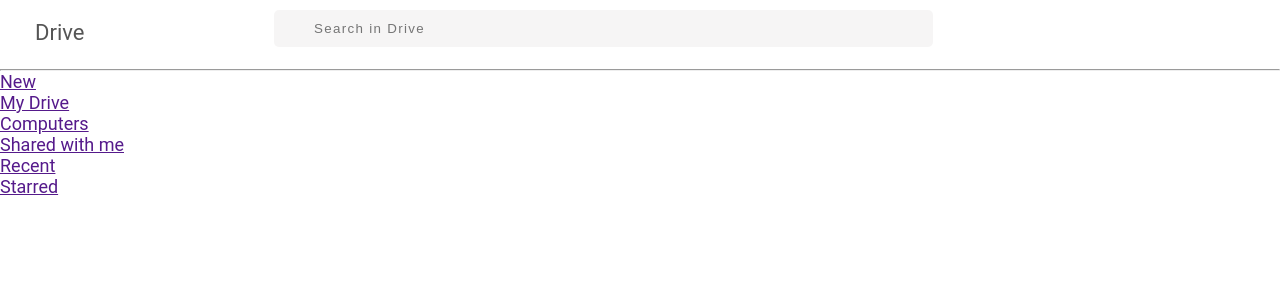
Repository: smit1298/driveclone
Page: index.html
An editor plug-in stored every save of this project. The page is shown before and after a run of saves, followed by the edit.
The browser window is 1280 px wide. The pictures show the whole page.
Some icons come from a web library that is not loaded, so they are not drawn.

Above is the page before, as saved 2022-02-14 02:26:37.

### index.html
<!DOCTYPE html>
<html lang="en">

<head>
    <meta charset="UTF-8">
    <meta http-equiv="X-UA-Compatible" content="IE=edge">
    <meta name="viewport" content="width=device-width, initial-scale=1.0">
    <link rel="stylesheet" href="index.css">
    <title>Google Drive</title>
</head>

<body>
    <section class="main">
        <section class="top">
            <section class="logo">
                <span class="iconify" data-icon="logos:google-drive"></span>
                <a href="http://">Drive</a>
            </section>


            <section id="search">
                <input type="text" placeholder="Search in Drive">
                <span class="iconify search" data-icon="ci:search"></span>
                <span class="iconify horizontal" data-icon="akar-icons:settings-horizontal"></span>
            </section>

            <section class="icons">
                <span class="one">
                    <span class="iconify" data-icon="ant-design:question-circle-outlined"></span>
                    <span class="iconify" data-icon="clarity:settings-line"></span>
                </span>

                <span class="two">
                    <span class="iconify" data-icon="fe:app-menu"></span>
                    <span class="iconify" data-icon="carbon:user-avatar-filled"></span>
                </span>
            </section>


        </section>

    </section>
    <hr>
    <aside>
        <section class="new">
            <p><a href=""><span class="iconify" data-icon="gridicons:plus-small"></span>
                    New
                </a></p>
        </section>
        <section class="details">
            <span class="drive">
                <span class="iconify" data-icon="bx:caret-right"></span>
                <span class="iconify" data-icon="fa6-regular:hard-drive"></span>
                <p><a href="">My Drive</a></p>
            </span>
            <section class="computers">
                <span class="iconify" data-icon="bx:caret-right"></span><span class="iconify"
                    data-icon="clarity:computer-solid"></span>
                <p><a href="">
                        Computers
                    </a></p>
            </section>
            <section class="shared">
                <span class="iconify" data-icon="ic:outline-people-alt"></span>
                <p><a href="">Shared with me</a></p>
            </section>
            <section class="recent">
                <span class="iconify" data-icon="fontisto:clock"></span> <p><a href="">Recent</a></p>
            </section>
            <section class="starred">
                <span class="iconify" data-icon="bi:star"></span>
                <p><a href="">Starred</a></p>
            </section>
            <section class="bin">

            </section>
        </section>
    </aside>

</body>
<script src="https://code.iconify.design/2/2.1.2/iconify.min.js"></script>

</html>

### index.css
* {
  margin: 0;
  padding: 0;
}

body {
  font-size: 1.125rem;
  font-family: "Roboto", sans-serif;
  color: rgb(85, 85, 85);
  /* border-bottom: 1px solid rgb(85, 85, 85); */
}
.main {
  padding: 10px 30px;
}
.top {
  display: grid;
  grid-template-columns: 20% 60% 20%;
  padding-bottom: 10px;
}
/* .top:horizontal{
  font-weight: 900;
} */
.logo {
  font-size: 22px;
  position: relative;
}
.logo .iconify {
  font-size: 40px;
}
.logo > a {
  color: rgb(85, 85, 85);
  text-decoration: none;
  position: absolute;
  top: 10px;
  padding-left: 5px;
}
#search {
  position: relative;
  width: 100%;
}
#search > input {
  background-color: rgba(209, 202, 202, 0.192);
  border-radius: 5px;
  width: 90%;
  height: 95%;
  border-style: none;
}
#search > input::placeholder {
  padding-left: 40px;
  letter-spacing: 0.1em;
}
.search {
  position: absolute;
  left: 10px;
  top: 10px;
  font-size: 25px;
  font-weight: 700;
}
.horizontal {
  position: absolute;
  right: 90px;
  top: 10px;
  font-size: 25px;
  font-weight: 700;
}

.icons {
  font-size: 25px;
  padding-top: 10px;
  margin-left: 10px;
}

.one {
  padding-left: 20px;
  padding-right: 10px;
}

.one > .iconify {
  padding-left: 10px;
  padding-right: 10px;
}

.two {
  padding-left: 10px;
  padding-right: 10px;
}

.two > .iconify {
  padding-left: 10px;
  padding-right: 10px;
}

After the next 4 saves:
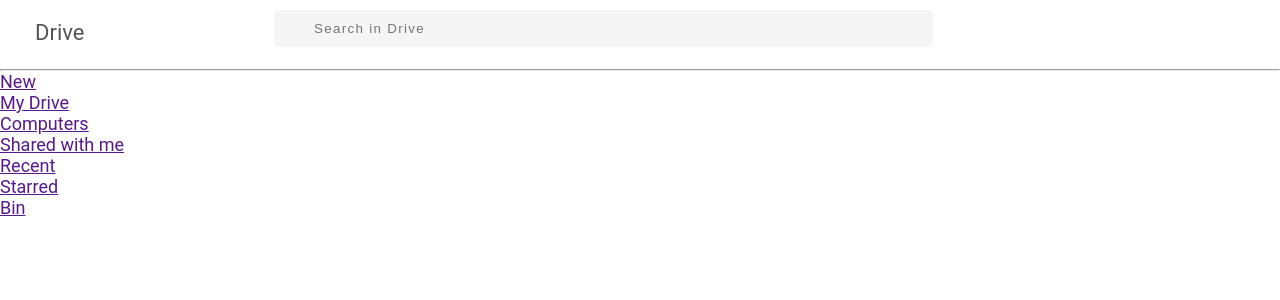
The 4 saves are shown as one change because they came seconds apart.
The last was saved 51 s later.
--- a/index.html
+++ b/index.html
@@ -72,7 +72,7 @@
                 <p><a href="">Starred</a></p>
             </section>
             <section class="bin">
-
+                <span class="iconify" data-icon="ri:delete-bin-6-line"></span> <p><a href="">Bin</a></p>
             </section>
         </section>
     </aside>
